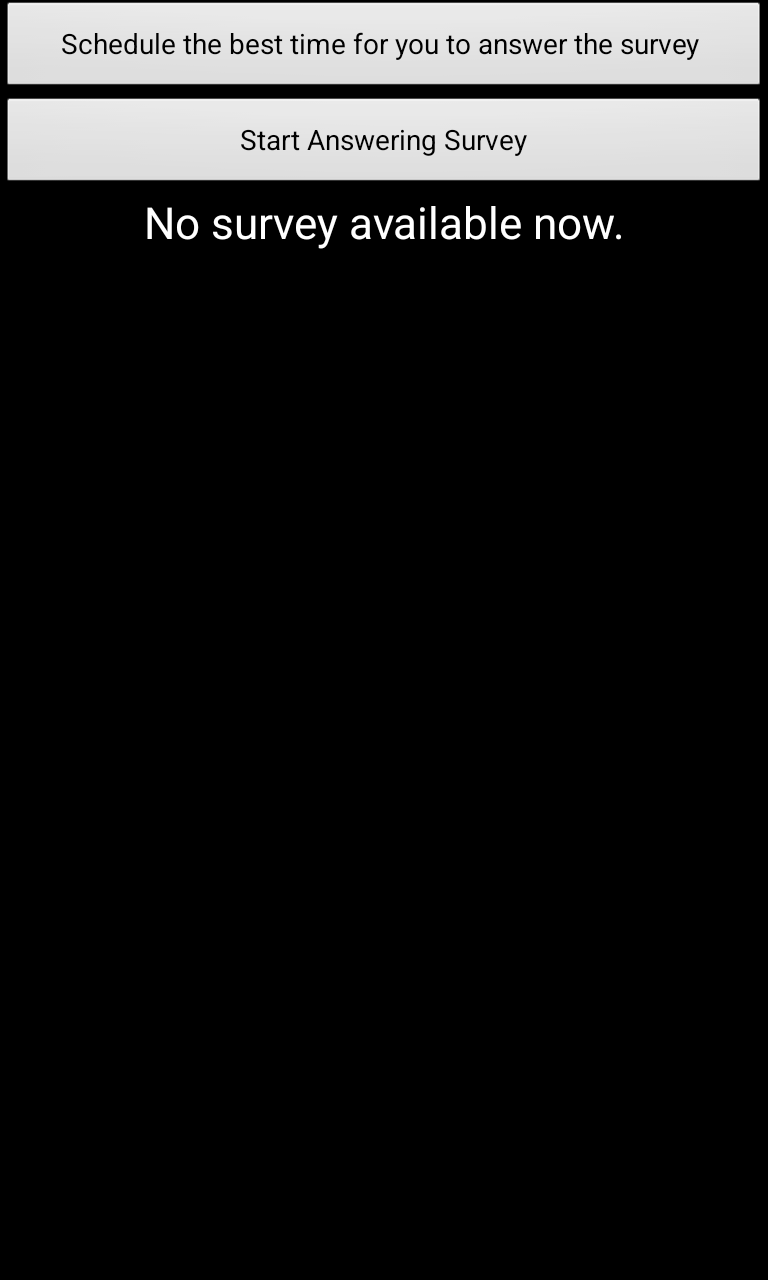
Repository: shaunkitch/android-survey
Layout: Android/Survey/res/layout/main2.xml
An editor plug-in stored every save of this project. The layout is shown before and after the next save, followed by the edit.
It is drawn on a 768 x 1280 px phone screen (xhdpi) without system bars, with theme android:Theme; the app's code is not run.

Above is the layout before, as saved 2012-05-09 16:47:30.

After the next save:
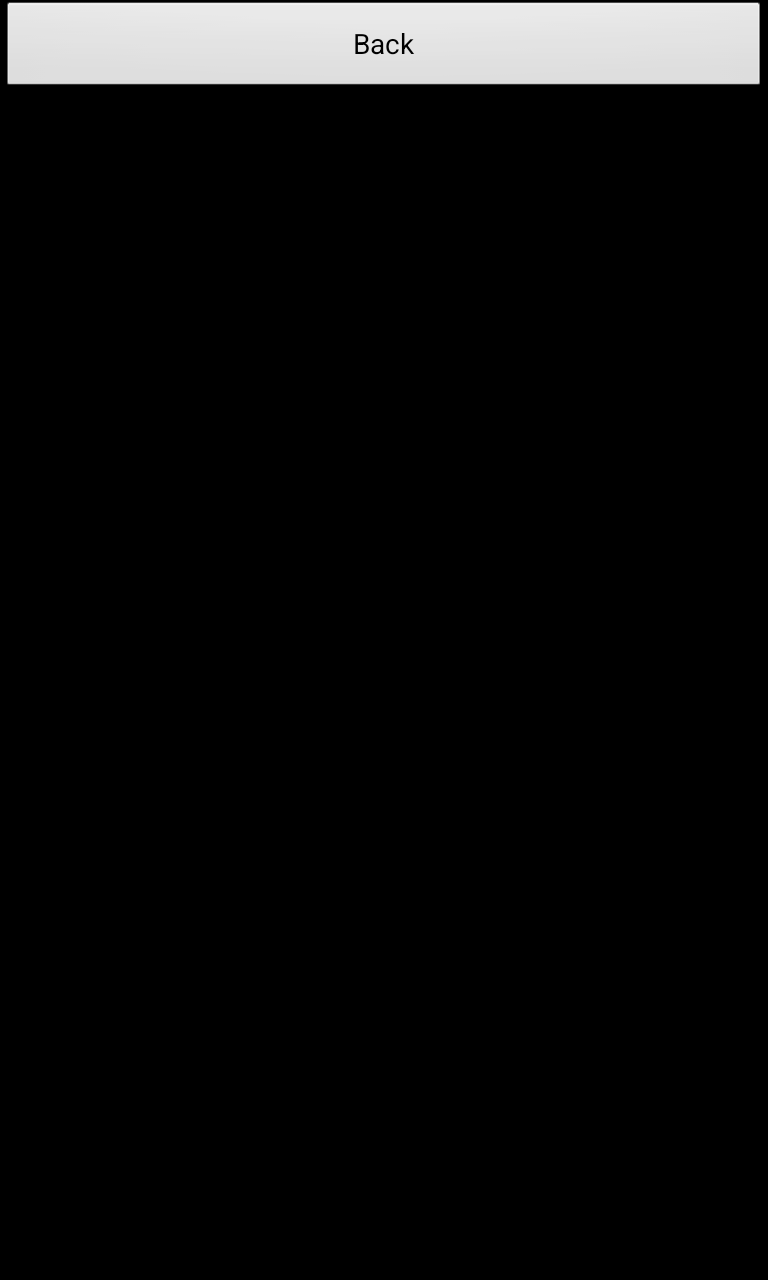
Saved 3 min 28 s later.
--- a/Android/Survey/res/layout/main2.xml
+++ b/Android/Survey/res/layout/main2.xml
@@ -8,36 +8,12 @@
         android:layout_width="wrap_content"
         android:layout_height="wrap_content" >
 
-
-
-
-
-
-        <Button
-            android:id="@+id/Schedule"
-            android:layout_width="0dp"
-            android:layout_height="wrap_content"
-            android:layout_weight="1"
-            android:onClick="ScheduleOnClick"
-            android:text="@string/Schedule" />
-
     </TableRow>
 
     <TableRow
         android:id="@+id/tableRow3"
         android:layout_width="wrap_content"
         android:layout_height="wrap_content" >
-
-
-
-        <Button
-            android:id="@+id/StartDoingSurvey"
-            android:layout_width="0dp"
-            android:layout_height="wrap_content"
-            android:layout_gravity="center"
-            android:layout_weight="1"
-            android:onClick="StartOnClick"
-            android:text="@string/StartAnswerSurvey" />
 
     </TableRow>
 
@@ -46,24 +22,19 @@
         android:layout_width="wrap_content"
         android:layout_height="wrap_content" >
 
-
-
-
-        <TextView
-            android:id="@+id/NoSurvey"
-            android:layout_width="0dp"
-            android:layout_height="wrap_content"
-            android:layout_weight="1"
-            android:gravity="center"
-            android:text="@string/NoSurvey"
-            android:textAppearance="?android:attr/textAppearanceLarge" />
-
     </TableRow>
 
     <TableRow
         android:id="@+id/tableRow4"
         android:layout_width="wrap_content"
         android:layout_height="wrap_content" >
+
     </TableRow>
 
+    <Button
+        android:id="@+id/BackToMain1"
+        android:layout_width="wrap_content"
+        android:layout_height="wrap_content"
+        android:text="@string/BackToMain1" />
+
 </TableLayout>
